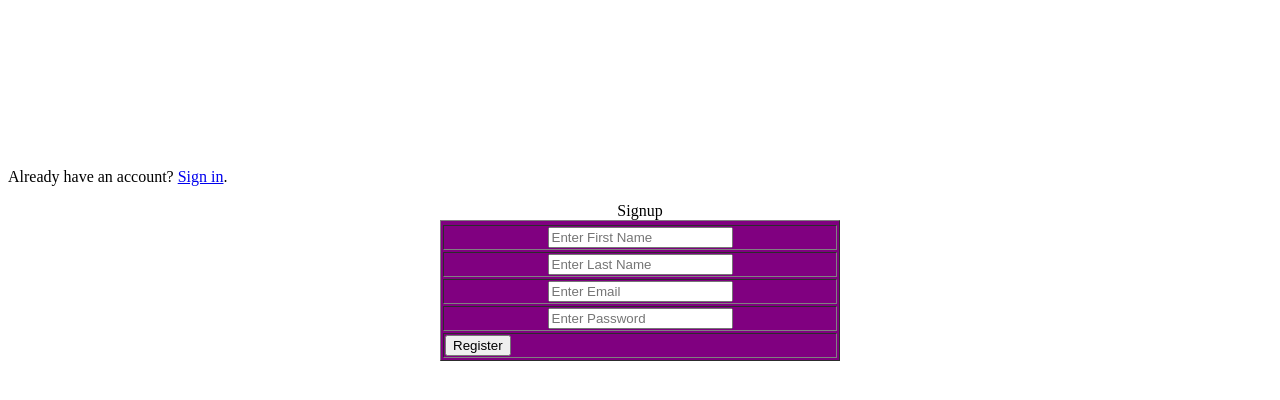
Repository: 1919satya/Mode2
Page: sample/sample/WebContent/sample.html
The author's editor kept a copy of each file at every save. The page is drawn from the files as they stood at one save, then again after the next save.
The browser window is 1280 px wide. The pictures show the whole page.

Above is the page before, as saved 2019-10-10 13:04:43.

After the next save:
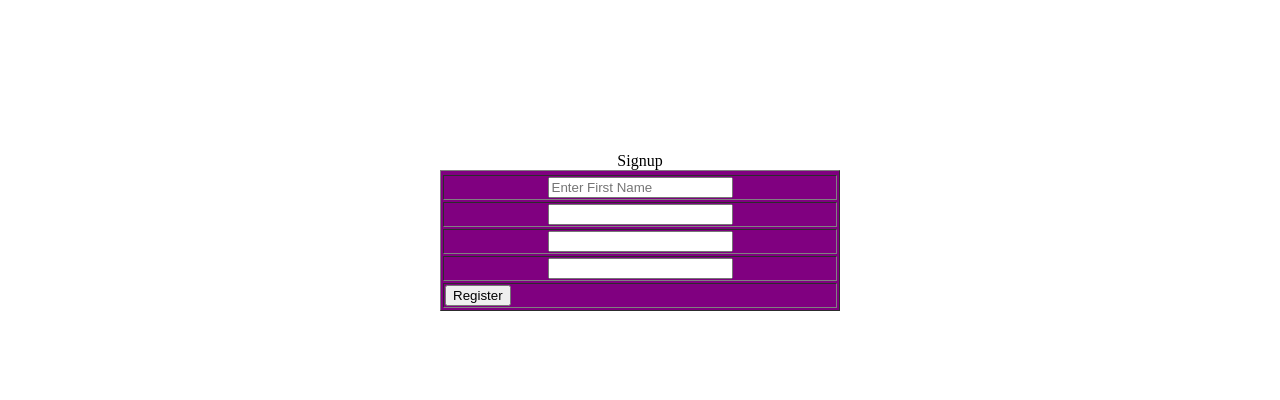
Saved 43 s later.
--- a/sample/sample/WebContent/sample.html
+++ b/sample/sample/WebContent/sample.html
@@ -18,17 +18,17 @@
 
    <tr>
 
-    <th><input type="text" placeholder="Enter Last Name" name="lastName" required></th> <br/><br/>
+    <th><input type="text"  name="lastName" required></th> <br/><br/>
     </tr>
 
     <tr>
 
-   <th><input type="text" placeholder="Enter Email" name="email" required></th> <br/><br/>
+   <th><input type="text"  name="email" required></th> <br/><br/>
    </tr>
 
 <tr>
 
-    <th><input type="password" placeholder="Enter Password" name="psw" required></th> <br/><br/>
+    <th><input type="password" name="psw" required></th> <br/><br/>
     </tr>
 
 
@@ -39,10 +39,6 @@
     </tr>
 
   </div>
-
-  <div class="container signin">
-    <p>Already have an account? <a href="#">Sign in</a>.</p>
-  </div>
 </form>
 </table>
 </body>
